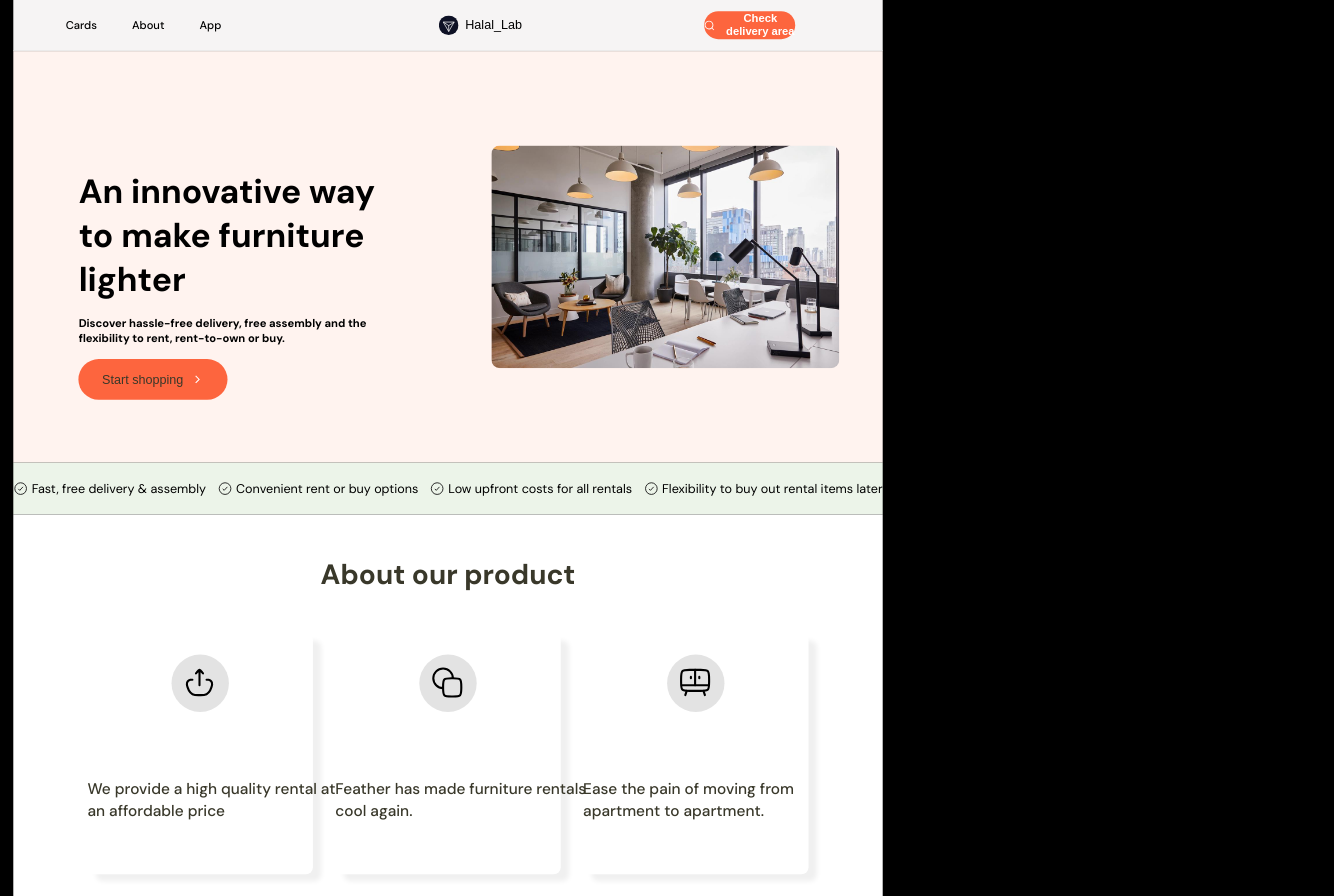
Repository: noman-source/Furniture-website
Page: index.html
The author's editor kept a copy of each file at every save. The page is drawn from the files as they stood at one save, then again after a run of saves.
The browser window is 1280 px wide. The page is 1905 px wide, so the pictures cover 1905 px, including what lies to the right of the window. The pictures show the part of the page from y = 0 to 1280 px (the page is 4310 px tall), at 70% of full size.

Above is the page before, as saved 2025-07-04 12:48:54.

### index.html
<!DOCTYPE html>
<html lang="en">

<head>
    <meta charset="UTF-8">
    <meta name="viewport" content="width=device-width, initial-scale=1.0">
    <title>Document</title>
    <link rel="stylesheet" href="style.css">
</head>

<body>
    <header>
        <div class="navbar">
            <div class="nav-left">
                <ul>
                    <li>Cards</li>
                    <li>About</li>
                    <li>App</li>
                </ul>
            </div>
            <div class="nav-center">
                <ul>
                    <li><img src="asserts/svg/navbar-logo.svg" alt=""></li>
                    <li>Halal_Lab</li>
                </ul>
            </div>
            <div class="nav-right"><button><img src="asserts/svg/search.svg" alt="">Check delivery area</button></div>
        </div>
    </header>
    <main>
        <div class="section1">
            <div class="section1-left">
                <div class="section1-text">
                    <h2>An innovative way to make furniture lighter</h2>
                    <h4>Discover hassle-free delivery, free assembly and the flexibility to rent, rent-to-own or buy.
                    </h4>
                    <div class="section1-butt"><button>
                            <p>Start shopping</p><img src="asserts/svg/arrow.svg" alt="">
                        </button></div>
                </div>
            </div>
            <div class="section1-right">
                <img src="asserts/image/img 1.jpg" alt="">
            </div>
        </div>
        <div class="section2">
            <ul>
                <li><img src="asserts/svg/checkmark-circle-01.svg" alt="">Fast, free delivery & assembly</li>
                <li><img src="asserts/svg/checkmark-circle-01.svg" alt="">Convenient rent or buy options</li>
                <li><img src="asserts/svg/checkmark-circle-01.svg" alt="">Low upfront costs for all rentals</li>
                <li><img src="asserts/svg/checkmark-circle-01.svg" alt="">Flexibility to buy out rental items later</li>
            </ul>
        </div>
        <div class="section3">
            <p>About our product</p>
            <div class="section3-content">
                <div class="box box1">
                    <div class="circle"><img src="asserts/svg/upload-03.svg" alt=""></div>
                    <p>We provide a high quality rental at an affordable price</p>
                </div>
                <div class="box box2">
                    <div class="circle"><img src="asserts/svg/drawing-mode.svg" alt=""></div>
                    <p>Feather has made furniture rentals
                        cool again.</p>
                </div>
                <div class="box box3">
                    <div class="circle"><img src="asserts/svg/cabinet-01.svg" alt=""></div>
                    <p>Ease the pain of moving from
                        apartment to apartment.</p>
                </div>

            </div>
        </div>
        <div class="section4">
            <p>Browse by room</p>
            <div class="section4-content">
                <div class="box box1"><img src="asserts/image/img 2.png" alt="">
                    <p>Office <img src="asserts/svg/Vector.svg" alt=""></p>
                </div>
                <div class="box box2"><img src="asserts/image/img 3.png" alt="">
                    <p>Bedroom <img src="asserts/svg/Vector.svg" alt=""></p>
                </div>
                <div class="box box3"><img src="asserts/image/img 4.png" alt="">
                    <p>Living room <img src="asserts/svg/Vector.svg" alt=""></p>
                </div>
                <div class="box box4"><img src="asserts/image/img 5.png" alt="">
                    <p>Dining room <img src="asserts/svg/Vector.svg" alt=""></p>
                </div>
            </div>
        </div>
        <div class="section5">
            <div class="section5-top">
                <div class="left">
                    <div class="text">
                        <h3>Hassle free</h3>
                        <p>High quality but affordable rental designs.</p>
                    </div>
                    <div class="button"><button>Learn more <img src="asserts/svg/arrow-down-01.svg" alt=""></button>
                    </div>
                </div>
                <div class="right"><img src="asserts/image/img 6.png" alt=""></div>
            </div>
            <div class="section5-middle">
                <div class="right"><img src="asserts/image/img 7.png" alt=""></div>
                <div class="left">
                    <div class="text">
                        <h3>Risk free</h3>
                        <p>Furniture three ways. Rent, rent-to-own, or buy. Your furniture is as flexible as you need it
                            to be.</p>
                    </div>
                    <div class="button"><button>Learn more <img src="asserts/svg/arrow-down-01.svg" alt=""></button>
                    </div>
                </div>
            </div>
            <div class="section5-end">
                <div class="left">
                    <div class="text">
                        <h3>Waste free</h3>
                        <p>Last year we saved 522 tons of furniture from landfills. With your help, we can do even more.
                        </p>
                    </div>
                    <div class="button"><button>Learn more <img src="asserts/svg/arrow-down-01.svg" alt=""></button>
                    </div>
                </div>
                <div class="right"><img src="asserts/image/img 8.png" alt=""></div>
            </div>
        </div>
        <div class="section6">
            <div class="section6-content">
                <h3>Shop what’s new</h3>
                <div class="boxes">
                    <div class="box">
                        <div class="box-top"><img src="asserts/image/img 9.png" alt=""></div>
                        <div class="box-bottom">
                            <h4>Valencia Modular </h4>
                            <p>$2,999</p>
                        </div>
                    </div>
                    <div class="box">
                        <div class="box-top"><img src="asserts/image/img 10.png" alt=""></div>
                        <div class="box-bottom">
                            <h4>The Floyd sofa</h4>
                            <p>$1200</p>
                        </div>
                    </div>
                    <div class="box">
                        <div class="box-top"><img src="asserts/image/img 11.png" alt=""></div>
                        <div class="box-bottom">
                            <h4>Playa Outdoor</h4>
                            <p>$1999</p>
                        </div>
                    </div>
                    <div class="box">
                        <div class="box-top"><img src="asserts/image/img 12.png" alt=""></div>
                        <div class="box-bottom">
                            <h4>Remi standing</h4>
                            <p>$2,999</p>
                        </div>
                    </div>
                </div>
            </div>
        </div>
    </main>

    <footer>
        <div class="boxes">
            <div class="box box1">
                <div class="box1-top">
                    <p>Be in the know<br>
                        Get the latest products, promotions, and design tips in your inbox. Sign up and get 25% off your
                        first month.</p>
                </div>
                <div class="box1-bottom"><input type="email"placeholder="Email"><button>Submit</button></div>
            </div>
            <div class="box box2"><ul>
                <li>Shop</li>
                <li>The Goods</li>
                <li>Feather for Business</li>
                <li>Get design help</li>
            </ul></div>
            <div class="box box3"><ul>
                <li>Help</li>
                <li>hello@livefeather.com</li>
                <li>FAQs</li>
            </ul></div>
            <div class="box box4"><ul>
                <li>Follow us</li>
                <li><img src="asserts/svg/Instagram.svg" alt=""><img src="asserts/svg/Twitter.svg" alt=""><img src="asserts/svg/pinterest.svg" alt=""><img src="asserts/svg/Facebook.svg" alt=""><img src="asserts/svg/linkdin.svg" alt=""></li>
            </ul></div>
        </div>
    </footer>

</body>

</html>

### style.css
@import url('https://fonts.googleapis.com/css2?family=DM+Sans:ital,opsz,wght@0,9..40,100..1000;1,9..40,100..1000&display=swap');
@import url('https://fonts.googleapis.com/css2?family=DM+Sans:ital,opsz,wght@0,9..40,100..1000;1,9..40,100..1000&display=swap');
@import url('https://fonts.googleapis.com/css2?family=DM+Sans:ital,opsz,wght@0,9..40,100..1000;1,9..40,100..1000&display=swap');

body {
    font-family: "DM Sans", sans-serif;
    background-color: black;
}

.website {
    background-color: white;
}

* {
    margin: 0;
    padding: 0;
}

header .navbar {
    width: 97%;
    margin: auto;
    height: 72px;
    display: flex;
    justify-content: space-around;
    align-items: center;
    background-color: rgb(246, 244, 244);
    gap: 13%;
    border-bottom: 1px solid #E4E4E4;
}

header .navbar .nav-left {
    font-size: 16px;
    font-weight: 500;
    line-height: 24px;
    letter-spacing: -1%;
}

header .navbar .nav-left ul {
    display: flex;
    justify-content: center;
    align-items: center;
    gap: 50px;
}

header .navbar .nav-left ul li {
    list-style-type: none;
}

header .navbar .nav-center ul {
    display: flex;
    justify-content: center;
    align-items: center;
    gap: 10px;
    font-family: "Ramabhadra", sans-serif;
}

header .navbar .nav-center ul li {
    list-style-type: none;
    font-size: 18px;
    font-weight: 400;
    display: flex;
    justify-content: center;
    align-items: center;
}

header .navbar .nav-right button {
    width: 130px;
    height: 40px;
    background-color: #FD653E;
    border-radius: 32px;
    border: none;
    transform: translateX(-50px);
    display: flex;
    justify-content: center;
    align-items: center;
    gap: 15px;
    font-size: 16px;
    font-weight: 700;
    color: white;
}

main .section1 {
    width: 97%;
    margin: auto;
    height: 588px;
    background-color: #FFF3EF;
    display: flex;
    justify-content: space-around;
    align-items: center;
}

main .section1 .section1-right {
    width: 50%;
    display: flex;
    justify-content: center;
    align-items: center;
}

main .section1 .section1-left {
    width: 50%;
}

main .section1 .section1-left .section1-text {
    width: 70%;
    margin: auto;
    height: 250px;
    display: flex;
    flex-direction: column;
    gap: 20px;
}

main .section1 .section1-left .section1-text h2 {
    font-size: 48px;
    font-weight: 700;
}

main .section1 .section1-left .section1-text p {
    font-size: 18px;
    font-weight: 400;
    color: #39382A;
}

main .section1 .section1-left .section1-text button {
    width: 213px;
    height: 58px;
    display: flex;
    justify-content: center;
    align-items: center;
    gap: 10px;
    border-radius: 32px;
    border: transparent;
    background-color: #FD653E;
}

main .section1 .section1-left .section1-text button a {
    color: white;
    font-size: 20px;
    font-weight: 700;
    font-family: "DM Sans", sans-serif;
}

main .section1 .section1-right img {
    width: 80%;
    border-radius: 12px;
}

.section2 {
    height: 74px;
    width: 97%;
    margin: auto;
    background-color: #ECF4E9;
}

.section2 ul {
    height: 74px;
    display: flex;
    justify-content: space-between;
    align-items: center;
}

.section2 ul li {
    font-family: "DM Sans", sans-serif;
    list-style-type: none;
    display: flex;
    justify-content: center;
    align-items: center;
    gap: 5px;
    font-size: 18px;
    font-weight: 400;
}

.section3 {
    width: 97%;
    margin: auto;
    height: 515px;
    background-color: white;
}

.section3 > h2 {
    font-size: 40px;
    font-weight: 700;
}

.section3 p {
    font-size: 40px;
    font-weight: 700;
    height: 170px;
    display: flex;
    color: #39382A;
    justify-content: center;
    align-items: center;
}

.section3-content {
    display: flex;
    justify-content: center;
    align-items: center;
    gap: 32px;
}

.section3-content .box {
    width: 322px;
    border-radius: 10px;
    height: 344px;
    display: flex;
    align-items: center;
    justify-content: center;
    flex-direction: column;
    gap: 50px;
    box-shadow: 12px 10px 8px #F0F0F0;
}

.section3-content .box .circle {
    width: 50px;
    height: 50px;
    transform: translateY(30px);
    gap: 10px;
    border-radius: 99px; /* Corrected to 99px based on later image */
    padding: 16px; /* Corrected to 16px based on later image */
    background-color: #E3E3E3; /* Corrected to #E3E3E3 based on later image */
}

.section3-content .box p {
    width: 373px;
    margin: auto;
    display: flex;
    font-family: DM Sans;
    font-weight: 500;
    font-size: 22px;
    line-height: 32px;
    /* letter-spacing: 0%; */
    /* vertical-align: middle; */
}

.section4 {
    width: 97%;
    margin: auto;
    height: 551px;
    background-color: white;
}

.section4 p {
    font-weight: 700;
    font-size: 40px;
    line-height: 56px;
    letter-spacing: 0.9px;
    padding-top: 50px;
    padding-left: 100px; /* Added based on later image */
}

.section4 .section4-content {
    height: 287px;
    display: flex;
    justify-content: flex-start;
    padding-left: 100px;
    padding-top: 50px;
    gap: 32px;
}

.section4 .section4-content .box {
    height: 287px;
    display: flex;
    flex-direction: column;
    gap: 20px;
}

.section4 .section4-content .box img {
    height: 230px;
    width: 230px;
    border-radius: 12px;
}

.section4 .section4-content .box p {
    font-family: DM Sans;
    font-weight: 500;
    font-size: 22px;
    line-height: 32px;
    display: flex;
    gap: 16px; /* Corrected to 16px based on later image */
    justify-content: flex-start;
    align-items: center; /* Added based on later image */
    color: #39382A; /* Added based on later image */
}

.section5 {
    height: 1548px;
    background-color: white;
    width: 97%;
    margin: auto;
    display: flex;
    justify-content: center;
    align-items: center;
    flex-direction: column;
    gap: 40px;
}

.section5 > .section5-top,
.section5-middle,
.section5-end {
    height: 430px;
    border: 2px solid #E4E4E4;
    width: 87%;
    margin: auto;
    border-radius: 10px;
}

.section5 .section5-top {
    background-color: #ECF4E9;
    display: flex;
    justify-content: space-around;
    align-items: center;
}

.section5 .section5-middle {
    background-color: #FEF3EE;
    display: flex;
    justify-content: space-around;
    align-items: center;
}

.section5 .section5-end {
    background-color: #F0F8FA;
    display: flex;
    justify-content: space-around;
    align-items: center;
}

.section5 .right img {
    width: 60px;
    height: 388px;
    border-radius: 60px;
}

.section5 .left {
    width: 50%;
    display: flex;
    flex-direction: column;
    justify-content: center;
    align-items: center;
    gap: 30px;
}

.section5 .left .text {
    display: flex;
    flex-direction: column;
    gap: 16px;
}

.section5 .left .button {
    display: flex;
    justify-content: flex-start;
}

.section5 .left .text button {
    width: 400px;
}

.section5 .right {
    padding: 20px;
}

.section5 h3 {
    font-weight: 700;
    font-size: 40px;
    line-height: 50px;
    letter-spacing: 0.96px;
}

.section5 p {
    font-family: DM Sans;
    font-weight: 500;
    font-size: 22px;
    line-height: 32px;
    letter-spacing: 0%; /* Added based on later image */
    vertical-align: middle; /* Added based on later image */
    color: #39382A; /* Added based on later image */
}

.section5 .left button {
    width: 202px;
    height: 56px;
    gap: 10px;
    border-width: 1px;
    padding-top: 16px;
    padding-right: 32px;
    padding-bottom: 16px;
    padding-left: 32px;
    border-radius: 32px;
    background-color: transparent;
    border: 2px solid #FD653E;
    color: #FD653E;
    display: flex;
    justify-content: center;
    align-items: center;
    font-family: DM Sans;
    font-weight: 700;
    font-size: 18px;
}

.section6 {
    background-color: white;
    height: 730px;
    width: 97%;
    margin: auto;
}

.section6 img {
    width: 286px;
    height: 203px;
    border-radius: 12px;
}

.section6 .section6-content {
    height: 548px;
    background-color: #FFFCF8;
    width: 90.7%;
    margin: auto;
    padding-left: 180px;
    padding-top: 80px;
    display: flex;
    flex-direction: column;
    gap: 20px;
}

.section6-content .boxes {
    display: flex;
    gap: 32px;
}

.section6-content .boxes .box {
    display: flex;
    flex-direction: column;
    gap: 19px;
}

.section6 h2 {
    font-family: Circular Std;
    font-weight: 700;
}

.section6 h3 {
    /* font-family: Circular Std; */
    font-weight: 700;
    font-size: 40px;
    line-height: 50px;
    letter-spacing: 0px;
    vertical-align: middle;
    color: #39382A;
}

.section6-content .box-bottom {
    display: flex;
    flex-direction: column;
    gap: 4px;
}

.section6-content .box-bottom h4 {
    font-family: DM Sans;
    font-weight: 500;
    font-size: 18px;
    line-height: 26px;
    letter-spacing: 0%;
    vertical-align: middle;
    color: #39382A;
}

.section6-content .box-bottom p {
    font-family: DM Sans;
    font-weight: 500;
    font-size: 10px;
    line-height: 14px;
    letter-spacing: 0%;
    vertical-align: middle;
    color: #ED653B;
}

footer {
    border-top: 1px solid #DC0805;
    width: 97%;
    background-color: white;
    height: 230px;
    margin: auto;
    display: flex;
    justify-content: center;
    align-items: center;
    /* transform: translateY(130px); */
}

footer .boxes {
    display: grid;
    grid-template-columns: 403px 180px 180px 170px;
    width: 85%;
    margin: auto;
    /* background-color: #39382A; */
    height: 144px;
    justify-content: space-between;
}

footer .boxes .box1 {
    display: flex;
    flex-direction: column;
    gap: 20px;
}

footer .boxes .box1-top {
    font-family: DM Sans;
    font-weight: 700;
    font-size: 34px;
}

footer .boxes .box1 .box1-top {
    font-weight: 400;
    font-size: 14.13px;
    line-height: 24px;
    letter-spacing: 0%;
    vertical-align: middle;
}

footer .boxes .box1 .box1-bottom {
    display: flex;
    gap: 16px;
    justify-content: center;
    align-items: center;
}

footer .boxes .box1 .box1-bottom input {
    width: 245px;
    height: 48px;
    border: 1px solid #EDEDED;
    border-radius: 32px;
    outline: none;
}

footer .boxes .box1 .box1-bottom input::placeholder {
    transform: translateX(20px);
    font-family: DM Sans;
    font-weight: 500;
    font-size: 16px;
    line-height: 24px;
    letter-spacing: 1%;
    vertical-align: middle;
    color: #BABABA;
}

footer .boxes .box1 .box1-bottom button {
    width: 140px;
    height: 48px;
    border-width: 1px;
    border-radius: 48px;
    border: 1px solid #ED653B;
    background-color: transparent;
    font-family: DM Sans;
    font-weight: 500;
    font-size: 16px;
    line-height: 24px;
    letter-spacing: 1%;
    vertical-align: middle;
    color: #ED653B;
}

footer .boxes ul li:first-child {
    font-weight: 500;
    font-size: 16px;
    letter-spacing: 0.16px;
    color: #2A2A2D;
}

footer .boxes ul {
    display: flex;
    flex-direction: column;
    gap: 16px;
}

footer .boxes ul li {
    list-style-type: none;
    font-family: DM Sans;
    font-weight: 400; /* Added based on latest image */
    font-size: 16px; /* Added based on latest image */
    color: #39382A; /* Added based on latest image */
}

footer .boxes .box4 li:last-of-type {
    display: flex;
    justify-content: space-between;
    align-items: center;
}

After the next 2 saves:
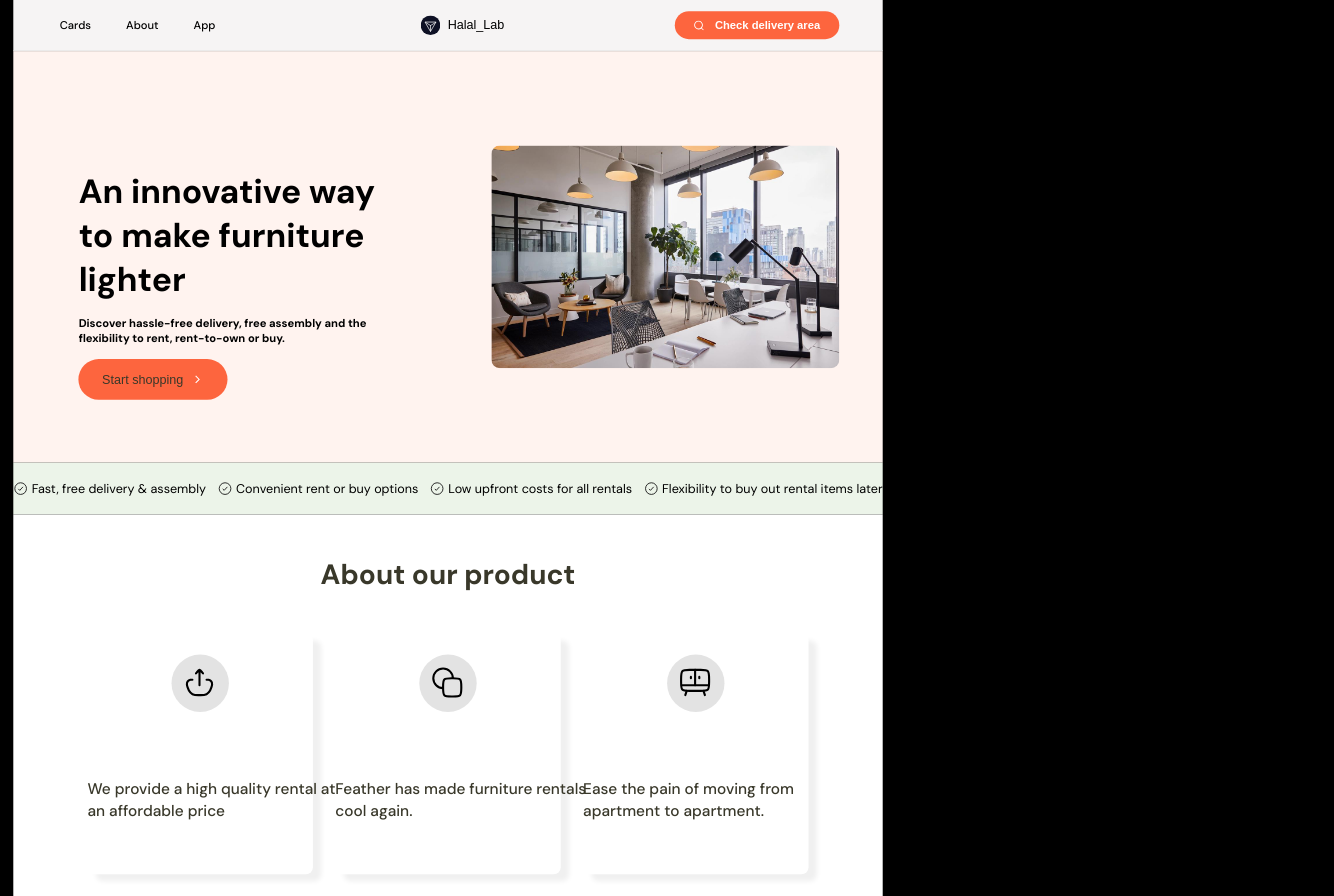
The 2 saves are shown as one change because they came seconds apart.
The last was saved 28 s later.
--- a/style.css
+++ b/style.css
@@ -64,7 +64,7 @@
 }
 
 header .navbar .nav-right button {
-    width: 130px;
+    width: 130%;
     height: 40px;
     background-color: #FD653E;
     border-radius: 32px;
